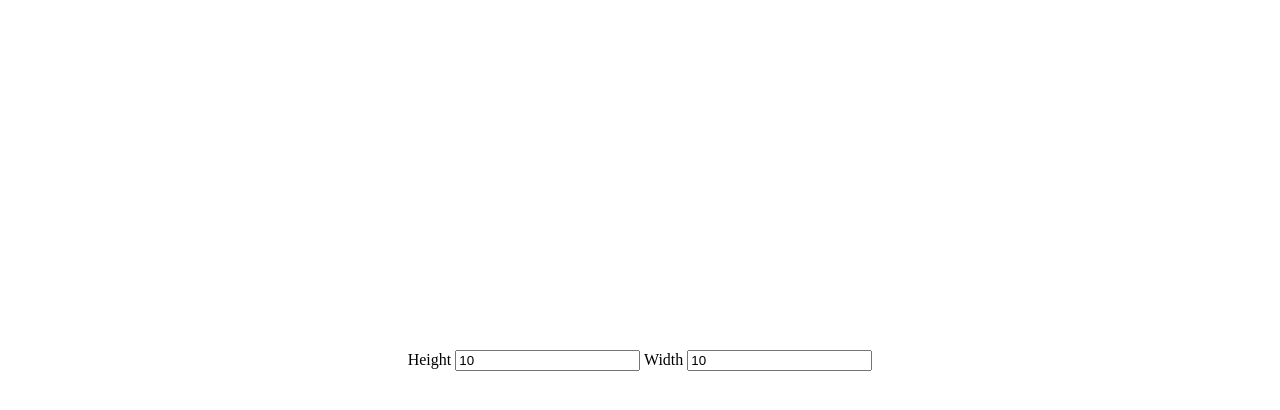
Repository: roast-rabbit/emoji-art-generator
Page: index.html
The author's editor kept a copy of each file at every save. The page is drawn from the files as they stood at one save, then again after the next save.
The browser window is 1280 px wide. The pictures show the whole page.

Above is the page before, as saved 2022-12-06 15:29:54.

After the next save:
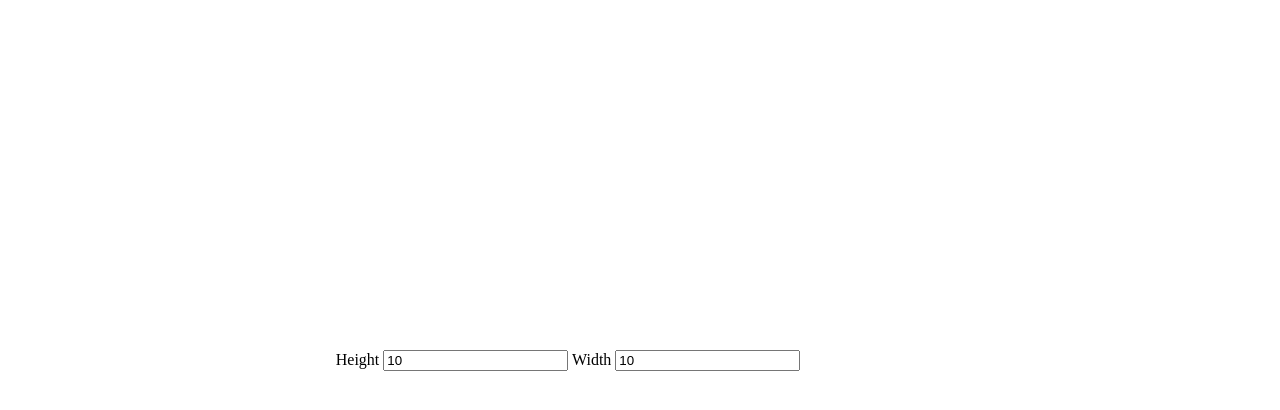
Saved 34 s later.
--- a/index.js
+++ b/index.js
@@ -5,8 +5,8 @@ const board = document.querySelector("#board");
 let height = heightInput.value;
 let width = widthInput.value;
 
-board.style.setProperty("height", height);
-board.style.setProperty("width", width);
+board.style.setProperty("--height", height);
+board.style.setProperty("--width", width);
 
 function createBoard(height, width) {
   for (let i = 0; i < height; i++) {
